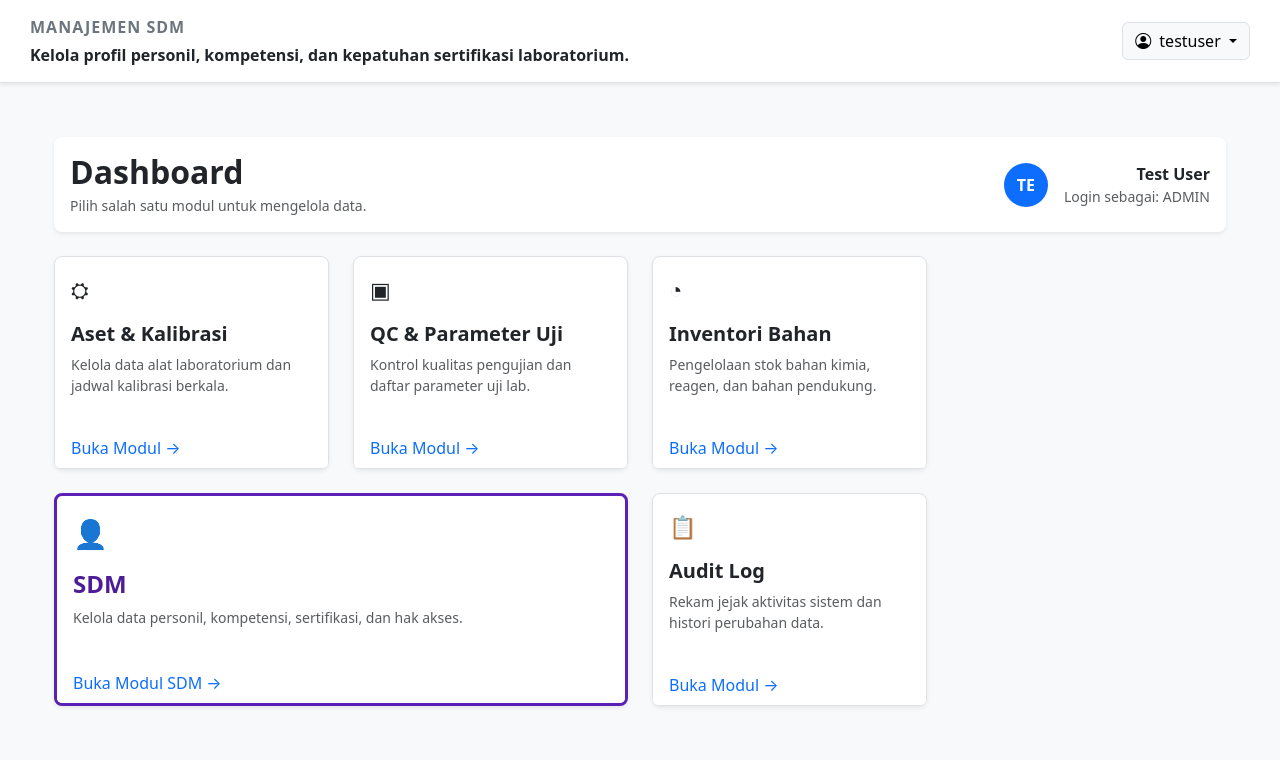
Repository: amelianeesa/sigmalab
Page: http://localhost/dashboard
An editor plug-in stored every save of this project. The page is shown before and after the next save, followed by the edit.
The browser window is 1280 px wide. The pictures show the whole page.
The page is served by the project's Laravel application, run on PHP 8.4 with Laravel 12. A made-up administrator, Test User (test@example.com), is signed in. Other server files are loaded and not shown.

Above is the page before, as saved 2026-08-06 11:31:25.

### routes/web.php
<?php

use Illuminate\Support\Facades\Route;
use App\Http\Controllers\AuthController;
use App\Http\Controllers\SdmController;

Route::get('/', [AuthController::class, 'showLogin']);
Route::get('/login', [AuthController::class, 'showLogin'])->name('login');
Route::post('/login', [AuthController::class, 'processLogin'])->name('login.process');

Route::get('/register', [AuthController::class, 'showRegister'])->name('register');
Route::post('/register', [AuthController::class, 'processRegister'])->name('register.process');

Route::post('/logout', [AuthController::class, 'logout'])->name('logout');

Route::middleware(['auth'])->group(function () {

    Route::get('/dashboard', function () {
        return view('dashboard-index');
    })->name('dashboard');

    Route::get('/sdm', [SdmController::class, 'index'])->name('sdm.index');
    Route::get('/sdm/create', [SdmController::class, 'create'])->name('sdm.create');
    Route::post('/sdm', [SdmController::class, 'store'])->name('sdm.store');
    Route::get('/sdm/{id}/edit', [SdmController::class, 'edit'])->name('sdm.edit');
    Route::put('/sdm/{id}', [SdmController::class, 'update'])->name('sdm.update');
    Route::delete('/sdm/{id}', [SdmController::class, 'destroy'])->name('sdm.destroy');
    Route::patch('/sdm/{id}/aktifkan', [SdmController::class, 'activate'])->name('sdm.activate');
    Route::delete('/sdm/{id}/permanen', [SdmController::class, 'forceDestroy'])->name('sdm.force-destroy');

    Route::get('/sdm/{id}/kompetensi', [SdmController::class, 'kompetensiDetail'])->name('sdm.kompetensi.detail');
    Route::post('/sdm/{id}/kompetensi', [SdmController::class, 'storeKompetensi'])->name('sdm.kompetensi.store');
    Route::put('/sdm/{id}/kompetensi/{kompetensiId}', [SdmController::class, 'updateKompetensi'])->name('sdm.kompetensi.update');
    Route::delete('/sdm/{id}/kompetensi/{kompetensiId}', [SdmController::class, 'destroyKompetensi'])->name('sdm.kompetensi.destroy');
    Route::get('/sdm/{id}/cv', [SdmController::class, 'showCv'])->name('sdm.cv');
});

### app/Models/User.php
<?php

namespace App\Models;

use Illuminate\Database\Eloquent\Factories\HasFactory;
use Illuminate\Foundation\Auth\User as Authenticatable;
use Illuminate\Notifications\Notifiable;

class User extends Authenticatable
{
    use HasFactory, Notifiable;

    protected $table = 'users';
    protected $primaryKey = 'users_id';

    protected $fillable = [
        'personil_id',
        'username',
        'email',
        'password',
        'role_id',
        'status_aktif',
    ];

    protected $hidden = [
        'password',
    ];

    public function personil()
    {
        return $this->belongsTo(Personil::class, 'personil_id', 'personil_id');
    }

    public function role()
    {
        return $this->belongsTo(Role::class, 'role_id', 'roles_id');
    }
}

### resources/views/dashboard-index.blade.php
@extends('layouts.app')

@section('content')
<div class="container-fluid px-4 py-4">

    <!-- Header -->
    <div class="card mb-4 rounded-3 shadow-sm border-0">
        <div class="card-body d-flex justify-content-between align-items-center">
            <div>
                <h2 class="fw-bold mb-1">Dashboard</h2>
                <p class="mb-0 text-muted small">Pilih salah satu modul untuk mengelola data.</p>
            </div>
            <div class="d-flex align-items-center gap-3">
                <div class="rounded-circle bg-primary text-white d-flex align-items-center justify-content-center" style="width:44px;height:44px;font-weight:700;">
                    {{ strtoupper(substr(Auth::user()->name ?? 'U',0,2)) }}
                </div>
                <div class="text-end">
                    <div class="fw-bold">{{ Auth::user()->name ?? 'Pengguna' }}</div>
                    <div class="text-muted small">Login sebagai: {{ strtoupper(Auth::user()->role ?? 'USER') }}</div>
                </div>
            </div>
        </div>
    </div>

    <!-- Modul tiles -->
    <div class="row g-4">

        <div class="col-12 col-sm-6 col-md-4 col-lg-3">
            <a href="#" class="text-decoration-none">
                <div class="card h-100 shadow-sm rounded-3 border border-200">
                    <div class="card-body">
                        <div class="mb-3" style="font-size:22px">⛭</div>
                        <h5 class="fw-bold text-dark">Aset & Kalibrasi</h5>
                        <p class="text-muted small">Kelola data alat laboratorium dan jadwal kalibrasi berkala.</p>
                    </div>
                    <div class="card-footer bg-white border-0">
                        <span class="text-primary">Buka Modul →</span>
                    </div>
                </div>
            </a>
        </div>

        <div class="col-12 col-sm-6 col-md-4 col-lg-3">
            <a href="#" class="text-decoration-none">
                <div class="card h-100 shadow-sm rounded-3 border border-200">
                    <div class="card-body">
                        <div class="mb-3" style="font-size:22px">▣</div>
                        <h5 class="fw-bold text-dark">QC & Parameter Uji</h5>
                        <p class="text-muted small">Kontrol kualitas pengujian dan daftar parameter uji lab.</p>
                    </div>
                    <div class="card-footer bg-white border-0">
                        <span class="text-primary">Buka Modul →</span>
                    </div>
                </div>
            </a>
        </div>

        <div class="col-12 col-sm-6 col-md-4 col-lg-3">
            <a href="#" class="text-decoration-none">
                <div class="card h-100 shadow-sm rounded-3 border border-200">
                    <div class="card-body">
                        <div class="mb-3" style="font-size:22px">◔</div>
                        <h5 class="fw-bold text-dark">Inventori Bahan</h5>
                        <p class="text-muted small">Pengelolaan stok bahan kimia, reagen, dan bahan pendukung.</p>
                    </div>
                    <div class="card-footer bg-white border-0">
                        <span class="text-primary">Buka Modul →</span>
                    </div>
                </div>
            </a>
        </div>

        <!-- SDM tile: lebih besar dan terhubung ke fitur SDM -->
        <div class="col-12 col-sm-12 col-md-8 col-lg-6">
            <a href="{{ route('sdm.index') }}" class="text-decoration-none">
                <div class="card h-100 shadow-sm rounded-3 border-3" style="border-color:#5b21b6;">
                    <div class="card-body">
                        <div class="mb-3 text-3xl" style="font-size:28px;color:#5b21b6">👤</div>
                        <h4 class="fw-bold" style="color:#4c1d95;">SDM</h4>
                        <p class="text-muted small">Kelola data personil, kompetensi, sertifikasi, dan hak akses.</p>
                    </div>
                    <div class="card-footer bg-white border-0">
                        <span class="text-primary">Buka Modul SDM →</span>
                    </div>
                </div>
            </a>
        </div>

        <div class="col-12 col-sm-6 col-md-4 col-lg-3">
            <a href="#" class="text-decoration-none">
                <div class="card h-100 shadow-sm rounded-3 border border-200">
                    <div class="card-body">
                        <div class="mb-3" style="font-size:22px">📋</div>
                        <h5 class="fw-bold text-dark">Audit Log</h5>
                        <p class="text-muted small">Rekam jejak aktivitas sistem dan histori perubahan data.</p>
                    </div>
                    <div class="card-footer bg-white border-0">
                        <span class="text-primary">Buka Modul →</span>
                    </div>
                </div>
            </a>
        </div>

    </div>

</div>
@endsection

### resources/views/layouts/app.blade.php
<!DOCTYPE html>
<html lang="id">

<head>
    <meta charset="UTF-8">
    <title>Dashboard - SIGMALAB Sucofindo</title>
    <link href="https://cdn.jsdelivr.net/npm/bootstrap@5.3.0/dist/css/bootstrap.min.css" rel="stylesheet">
    <link href="https://cdn.jsdelivr.net/npm/bootstrap-icons@1.10.5/font/bootstrap-icons.css" rel="stylesheet">
    <style>
        body {
            background-color: #f8f9fa;
        }

        #content {
            margin-left: 0;
            padding: 30px;
        }

        .top-navbar {
            background: #fff;
            padding: 15px 30px;
            border-bottom: 1px solid #dee2e6;
            margin-left: 0;
            display: flex;
            justify-content: space-between;
            align-items: center;
        }
    </style>
</head>

<body>
    <!-- Sidebar removed: content now full-width -->

    <div class="top-navbar shadow-sm">
        <div>
            <span class="text-uppercase text-secondary fs-7 fw-bold d-block mb-1" style="font-size: 20  px; letter-spacing: 1px;">MANAJEMEN SDM</span>
            <h7 class="mb-0 fw-bold">Kelola profil personil, kompetensi, dan kepatuhan sertifikasi laboratorium.</h7>
        </div>
        <div class="dropdown">
            <button class="btn btn-light dropdown-toggle border" type="button" data-bs-toggle="dropdown">
                <i class="bi bi-person-circle me-1"></i> {{ Auth::user()->username ?? 'Admin' }}
            </button>
            <ul class="dropdown-menu dropdown-menu-end">
                <li>
                    <form action="{{ route('logout') }}" method="POST">
                        @csrf
                        <button type="submit" class="dropdown-item text-danger"><i
                                class="bi bi-box-arrow-right me-2"></i> Logout</button>
                    </form>
                </li>
            </ul>
        </div>
    </div>

    <div id="content">
        @yield('content')
    </div>

    <script src="https://cdn.jsdelivr.net/npm/bootstrap@5.3.0/dist/js/bootstrap.bundle.min.js"></script>
</body>

</html>

After the next save:
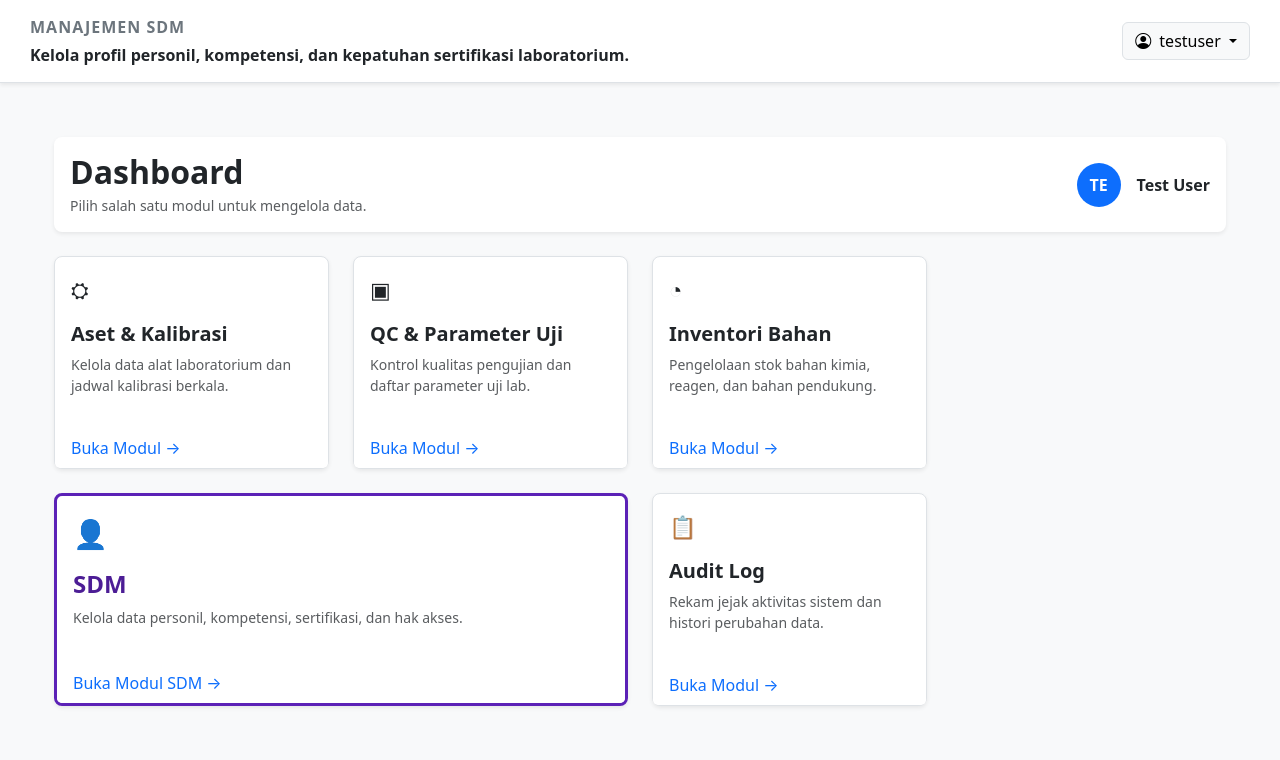
Saved 3 min 11 s later.
--- a/resources/views/dashboard-index.blade.php
+++ b/resources/views/dashboard-index.blade.php
@@ -16,7 +16,6 @@
                 </div>
                 <div class="text-end">
                     <div class="fw-bold">{{ Auth::user()->name ?? 'Pengguna' }}</div>
-                    <div class="text-muted small">Login sebagai: {{ strtoupper(Auth::user()->role ?? 'USER') }}</div>
                 </div>
             </div>
         </div>
